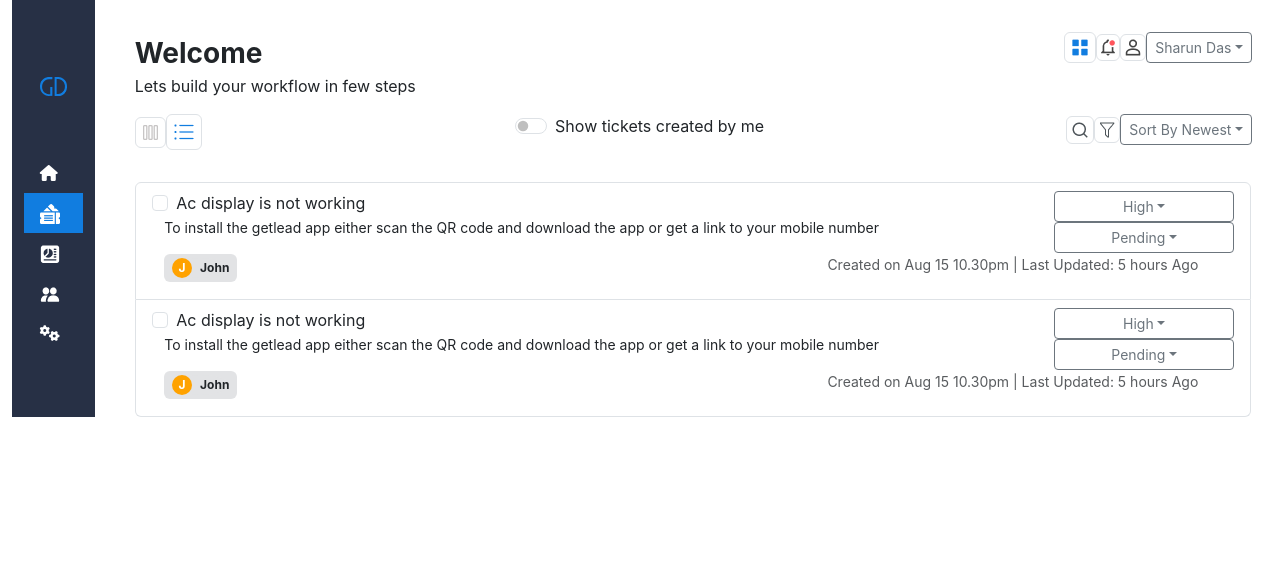
Repository: rishikarajeev/GL_HelpDesk
Page: /showtickets
An editor plug-in stored every save of this project. The page is shown before and after a run of saves, followed by the edit.
The browser window is 1280 px wide. The pictures show the whole page.
The project was rebuilt for these pictures with package versions that can differ from the ones it lists, and the page was loaded fresh each time. Also part of the build but not shown: src/App.css, src/Pages/HomePage.jsx.

Above is the page before, as saved 2024-01-09 14:57:08.

### public/index.html
<!DOCTYPE html>
<html lang="en">
  <head>
    <meta charset="utf-8" />
    <link rel="icon" href="%PUBLIC_URL%/favicon.ico" />
    <meta name="viewport" content="width=device-width, initial-scale=1" />
    <meta name="theme-color" content="#000000" />
    <meta
      name="description"
      content="Web site created using create-react-app"
    />
    <link rel="apple-touch-icon" href="%PUBLIC_URL%/logo192.png" />
    <link href="https://cdn.jsdelivr.net/npm/bootstrap@5.3.2/dist/css/bootstrap.min.css" rel="stylesheet" integrity="sha384-T3c6CoIi6uLrA9TneNEoa7RxnatzjcDSCmG1MXxSR1GAsXEV/Dwwykc2MPK8M2HN" crossorigin="anonymous">
   <script src="https://cdn.jsdelivr.net/npm/bootstrap@5.3.2/dist/js/bootstrap.bundle.min.js" integrity="sha384-C6RzsynM9kWDrMNeT87bh95OGNyZPhcTNXj1NW7RuBCsyN/o0jlpcV8Qyq46cDfL" crossorigin="anonymous"></script>

   <!--
      manifest.json provides metadata used when your web app is installed on a
      user's mobile device or desktop. See https://developers.google.com/web/fundamentals/web-app-manifest/
    -->
    <link rel="manifest" href="%PUBLIC_URL%/manifest.json" />
    <!--
      Notice the use of %PUBLIC_URL% in the tags above.
      It will be replaced with the URL of the `public` folder during the build.
      Only files inside the `public` folder can be referenced from the HTML.

      Unlike "/favicon.ico" or "favicon.ico", "%PUBLIC_URL%/favicon.ico" will
      work correctly both with client-side routing and a non-root public URL.
      Learn how to configure a non-root public URL by running `npm run build`.
    -->
    <title>React App</title>
  </head>
  <body>
    <noscript>You need to enable JavaScript to run this app.</noscript>
    <div id="root"></div>
    <!--
      This HTML file is a template.
      If you open it directly in the browser, you will see an empty page.

      You can add webfonts, meta tags, or analytics to this file.
      The build step will place the bundled scripts into the <body> tag.

      To begin the development, run `npm start` or `yarn start`.
      To create a production bundle, use `npm run build` or `yarn build`.
    -->
  </body>
</html>

### src/index.js
import React from "react";
import ReactDOM from "react-dom/client";
import "./index.css";
import App from "./App";
import reportWebVitals from "./reportWebVitals";


const root = ReactDOM.createRoot(document.getElementById("root"));
root.render(<App />);

// If you want to start measuring performance in your app, pass a function
// to log results (for example: reportWebVitals(console.log))
// or send to an analytics endpoint. Learn more: https://bit.ly/CRA-vitals
reportWebVitals();

### src/App.js
import logo from "./logo.svg";
import "./App.css";

import { BrowserRouter,Route,Routes } from "react-router-dom";
import ViewTickets from "./Pages/ViewTickets";
import HomePage from "./Pages/HomePage";
import SideBar from "./Components/SideBar";
import { Container, Row, Col } from "react-bootstrap";
import Header from "./Components/Header";


function App() {
  return (
    <BrowserRouter>
<Container fluid>
     <Row>
          <Col xl={1} >
            <SideBar />
            </Col>
            <Col xl={11}>
            <Header/>
            <Routes>
              <Route path="/" element={<HomePage />}></Route>
              <Route path="/showtickets" element={<ViewTickets />}></Route>
            </Routes>
            </Col>



         </Row>
       </Container>


    </BrowserRouter>
  );
}

export default App;

### src/Pages/ViewTickets.jsx
import React from "react";

import "../Assets/Css/Styles.css";
import UserBadge from "../Components/UserBadge";
import Header from "../Components/Header";

function ViewTickets() {
  const userName = "John";

  return (

    <div className="container bg-white ">

    <ol className="list-group">
      <li className="list-group-item d-flex justify-content-between align-items-start">
        <div className="container">
          <div className="row">
            <div className="col-10">
              <div className="row">
                <div className="form-check">
                  <input
                    className="form-check-input"
                    type="checkbox"
                    value=""
                    id="flexCheckDefault"
                  />
                  <label className="form-check-label" htmlFor="flexCheckDefault">
                    Ac display is not working
                  </label>
                </div>
              </div>
              <div className="row">
                <p className="small text-wrap">
                  To install the getlead app either scan the QR code and
                  download the app or get a link to your mobile number
                </p>
              </div>

            </div>
            <div className="col-2">
              <div className="row">
                <button
                  className="btn btn-outline-secondary btn-sm dropdown-toggle"
                  type="button"
                  data-bs-toggle="dropdown"
                  aria-expanded="false"
                >
                  High
                </button>

                <button
                  className="btn btn-outline-secondary btn-sm dropdown-toggle"
                  type="button"
                  data-bs-toggle="dropdown"
                  aria-expanded="false"
                >
                  Pending
                </button>
              </div>
            </div>
            <div className="row">
                <div className="col-5">
                  <UserBadge name={userName} />
                </div>
                <div className="col-7 text-end">
                  <p className="text-muted small">
                    Created on Aug 15 10.30pm | Last Updated: 5 hours Ago
                  </p>
                </div>
              </div>
          </div>
        </div>
      </li>
      <li className="list-group-item d-flex justify-content-between align-items-start">
        <div className="container">
          <div className="row">
            <div className="col-10">
              <div className="row">
                <div className="form-check">
                  <input
                    className="form-check-input"
                    type="checkbox"
                    value=""
                    id="flexCheckDefault"
                  />
                  <label className="form-check-label" htmlFor="flexCheckDefault">
                    Ac display is not working
                  </label>
                </div>
              </div>
              <div className="row">
                <p className="small text-wrap">
                  To install the getlead app either scan the QR code and
                  download the app or get a link to your mobile number
                </p>
              </div>

            </div>
            <div className="col-2">
              <div className="row">
                <button
                  className="btn btn-outline-secondary btn-sm dropdown-toggle"
                  type="button"
                  data-bs-toggle="dropdown"
                  aria-expanded="false"
                >
                  High
                </button>

                <button
                  className="btn btn-outline-secondary btn-sm dropdown-toggle"
                  type="button"
                  data-bs-toggle="dropdown"
                  aria-expanded="false"
                >
                  Pending
                </button>
              </div>
            </div>
            <div className="row">
                <div className="col-5">
                  <UserBadge name={userName} />
                </div>
                <div className="col-7 text-end">
                  <p className="text-muted small">
                    Created on Aug 15 10.30pm | Last Updated: 5 hours Ago
                  </p>
                </div>
              </div>
          </div>
        </div>
      </li>
    </ol>
  </div>

  );
}

export default ViewTickets;

### src/Components/SideBar.jsx
import React from "react";

import "@fortawesome/fontawesome-free/css/all.min.css";
import ticketIcon from "../Assets//Images/Layer_1.png";
import logo from "../Assets//Images/logo.png";
import profile from "../Assets//Images/profile_icon.png";
import filemanagr from "../Assets//Images/Frame.png";
import "../Assets/Css/Styles.css";

function SideBar() {
  return (
    <nav class="navbar navbar-expand-lg navbar-dark sideBg  d-flex flex-column h-100 ">
      <button
        class="navbar-toggler"
        type="button"
        data-toggle="collapse"
        data-target="#sidebar"
        aria-controls="sidebar"
        aria-expanded="false"
        aria-label="Toggle navigation"
      >
        <span class="navbar-toggler-icon"></span>
      </button>

      <div class="collapse navbar-collapse" id="sidebar">

        <ul class="nav  flex-column " >
        <li class="nav-item mb-5 ">
            <a class="nav-link active" href="/">
            <img src={logo} alt="Home Icon" className="icon" />
            </a>
          </li>
          <li class="nav-item">
            <a class="nav-link active text-white" href="/">
              <i class="fas fa-home"></i>
            </a>
          </li>
          <li class="nav-item  selectedColor">
            <a className="nav-link active" href="/showtickets">
              <img src={ticketIcon} alt="Home Icon" className="icon" />
            </a>
          </li>
          <li class="nav-item  ">
            <a className="nav-link active" href="#">
              <img src={filemanagr} alt="Home Icon" className="icon" />
            </a>
          </li>
          <li class="nav-item  ">
            <a className="nav-link active" href="#">
              <img src={profile} alt="Home Icon" className="icon" />
            </a>
          </li>
          <li class="nav-item ">
            <a class="nav-link text-white" href="#">
              <i class="fas fa-cogs"></i>
            </a>
          </li>

        </ul>
      </div>
    </nav>
  );
}

export default SideBar;

### src/Components/Header.jsx
import React from "react";
import column_icon from "../Assets/Images/fluent_column-triple-20-regular.png";
import list_icon from "../Assets/Images/ph_list-bullets-light.png";
import search_icon from "../Assets/Images/ri_search-line.png";
import menu_icon from "../Assets/Images/ep_menu.png";
import filter_icon from "../Assets/Images/cil_filter.png";
import notificatn_icon from "../Assets/Images/Group 10.png";
import user_icon from "../Assets/Images/ooui_user-avatar-outline.png";
import { Container, Row, Col, Navbar, Nav } from "react-bootstrap";

function Header() {
  return (
    <Container fluid className="p-3">
      <Row className=" justify-content-end mt-3 mb-3" >
        <Col sm={8}>
          <Row>
            <a class="navbar-brand fs-3 fw-bolder" href="#">
              Welcome{" "}
            </a>
          </Row>
          <Row>
            <span>Lets build your workflow in few steps</span>
          </Row>
        </Col>

        <Col sm={4}  className="text-end">
          <img src={menu_icon} alt="Local Icon" className="img-thumbnail" />
          <img
            src={notificatn_icon}
            alt="Local Icon"
            className="img-thumbnail"
          />
          <img src={user_icon} alt="Local Icon" className="img-thumbnail" />
          <button
            class="btn btn-outline-secondary btn-sm dropdown-toggle "
            type="button"
            data-bs-toggle="dropdown"
            aria-expanded="false"
          >
            Sharun Das
          </button>
        </Col>
      </Row>

      <Row className=" mt-3 mb-3">
        <Col>
          <img src={column_icon} alt="Local Icon" className="img-thumbnail" />

          <img src={list_icon} className="img-thumbnail" />
        </Col>
        <Col>
          <div class="form-check form-switch">
            <label class="form-check-label" for="flexSwitchCheckDefault">
              Show tickets created by me
            </label>

            <input
              class="form-check-input"
              type="checkbox"
              role="switch"
              id="flexSwitchCheckDefault"
            />
          </div>
        </Col>
        <Col className="text-end">
          <img src={search_icon} alt="Local Icon" className="img-thumbnail" />
          <img src={filter_icon} alt="Local Icon" className="img-thumbnail" />
          <button
            class="btn btn-outline-secondary btn-sm dropdown-toggle "
            type="button"
            data-bs-toggle="dropdown"
            aria-expanded="false"
          >
            Sort By Newest
          </button>
        </Col>
      </Row>
    </Container>
  );
}

export default Header;

### src/Assets/Css/Styles.css
.sideBg{
    background-color:  #273045;
    padding: 3;
}
.selectedColor{
    background-color:  #117DE0;

}
.bgColor{
    background-color:  #EFEFEF;

}


  .circle-icon {
    width: 20px;
    height: 20px;
    border-radius: 50%;
    background-color: #ffa200; /* Choose your desired background color */
    display: flex;
    align-items: center;
    justify-content: center;
    color: #fff; /* Choose your desired text color */
  }
  .close-icon {
    position: absolute;
    color:black;
    top: 50%;
    left: 50%;
    transform: translate(-50%, -50%);
  }

### src/Components/UserBadge.jsx
// UserBadge.js
import React from 'react';
import { Badge } from 'react-bootstrap';
import "../Assets/Css/Styles.css"



const UserBadge = ({ name }) => {
  const initials = name
    .split(' ')
    .map((word) => word[0])
    .join('');

  return (
    <div>
      <Badge bg="secondary-subtle ">
      <div className="rounded-circle bg-secondary-subtle text-dark d-flex align-items-center justify-content-center">

        <div className="circle-icon"> <span >{initials} </span> </div>
        <span className="ms-2">{name} </span>


        </div>
      </Badge>


    </div>
  );
};

export default UserBadge;

Loaded but not shown: src/index.css (common file); src/reportWebVitals.js (common file)

After the next 2 saves:
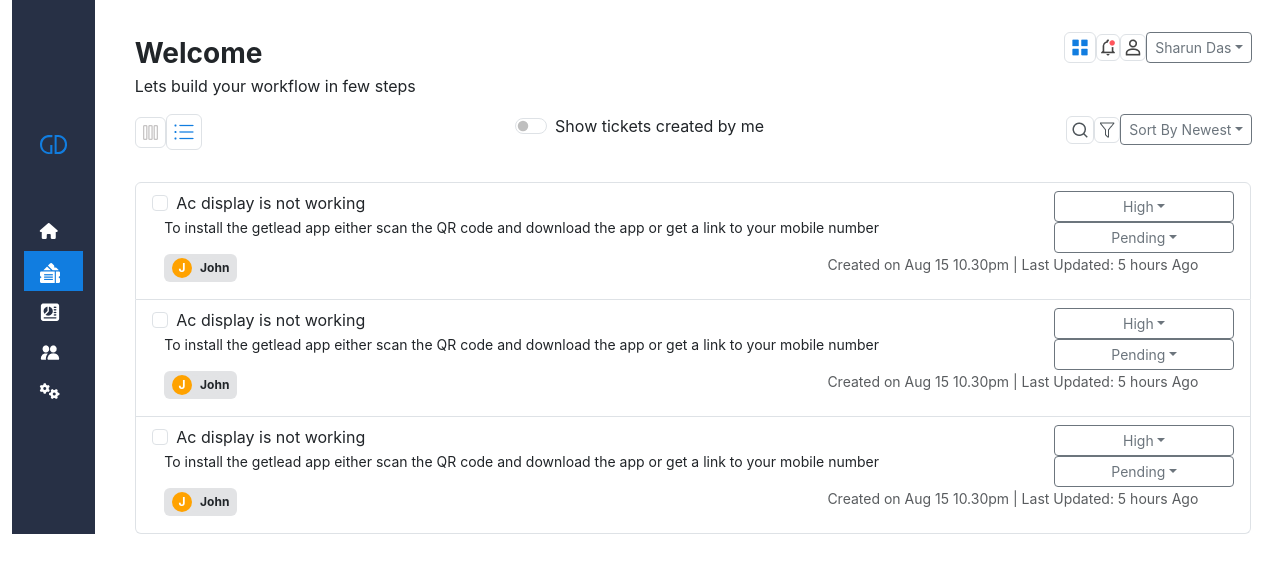
The 2 saves are shown as one change because they came seconds apart.
The last was saved 64 s later.
--- a/src/Pages/ViewTickets.jsx
+++ b/src/Pages/ViewTickets.jsx
@@ -130,6 +130,65 @@ function ViewTickets() {
           </div>
         </div>
       </li>
+      <li className="list-group-item d-flex justify-content-between align-items-start">
+        <div className="container">
+          <div className="row">
+            <div className="col-10">
+              <div className="row">
+                <div className="form-check">
+                  <input
+                    className="form-check-input"
+                    type="checkbox"
+                    value=""
+                    id="flexCheckDefault"
+                  />
+                  <label className="form-check-label" htmlFor="flexCheckDefault">
+                    Ac display is not working
+                  </label>
+                </div>
+              </div>
+              <div className="row">
+                <p className="small text-wrap">
+                  To install the getlead app either scan the QR code and
+                  download the app or get a link to your mobile number
+                </p>
+              </div>
+
+            </div>
+            <div className="col-2">
+              <div className="row">
+                <button
+                  className="btn btn-outline-secondary btn-sm dropdown-toggle"
+                  type="button"
+                  data-bs-toggle="dropdown"
+                  aria-expanded="false"
+                >
+                  High
+                </button>
+
+                <button
+                  className="btn btn-outline-secondary btn-sm dropdown-toggle"
+                  type="button"
+                  data-bs-toggle="dropdown"
+                  aria-expanded="false"
+                >
+                  Pending
+                </button>
+              </div>
+            </div>
+            <div className="row">
+                <div className="col-5">
+                  <UserBadge name={userName} />
+                </div>
+                <div className="col-7 text-end">
+                  <p className="text-muted small">
+                    Created on Aug 15 10.30pm | Last Updated: 5 hours Ago
+                  </p>
+                </div>
+              </div>
+          </div>
+        </div>
+      </li>
     </ol>
   </div>
 
